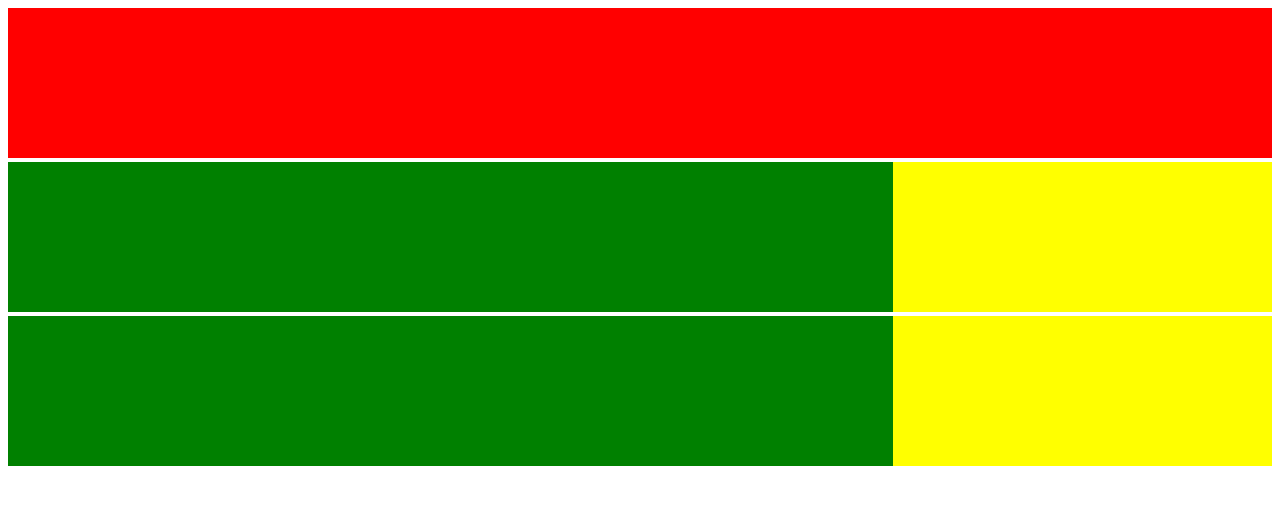
Repository: Tan-Khang21/TH_TKW--Buoi_03
Page: BT_tren_lop/Bai_3/Frame7/frame77.html
The author's editor kept a copy of each file at every save. The page is drawn from the files as they stood at one save, then again after the next save.
The browser window is 1280 px wide. The pictures show the whole page.

Above is the page before, as saved 2024-03-04 19:03:12.

After the next save:
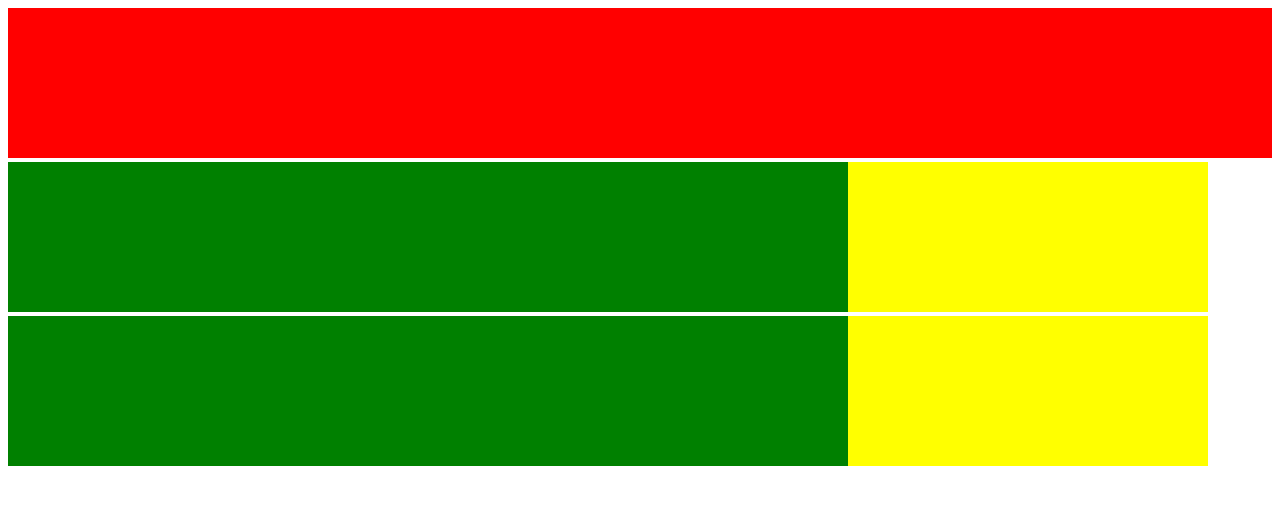
Saved 48 s later.
--- a/BT_tren_lop/Bai_3/Frame7/frame77.html
+++ b/BT_tren_lop/Bai_3/Frame7/frame77.html
@@ -1,19 +1,42 @@
 <!DOCTYPE html>
 <html lang="en">
-<head>
-    <meta charset="UTF-8">
-    <meta name="viewport" content="width=device-width, initial-scale=1.0">
+  <head>
+    <meta charset="UTF-8" />
+    <meta name="viewport" content="width=device-width, initial-scale=1.0" />
     <title>Document</title>
-</head>
-<body>
+  </head>
+  <body>
     <iframe src="Row1.html" frameborder="0" height="20%" width="100%"></iframe>
-    <div style="height: 80%; width: 70%; float: left;">
-        <iframe src="Row2Col1Row1.html" frameborder="0" height="50%" width="100%" style="box-sizing: border-box;"></iframe>
-        <iframe src="Row2Col1Row2.html" frameborder="0" height="50%" width="100%"></iframe>
+    <div style="width: 1200px;">
+      <div style="height: 80%; width: 70%; float: left">
+        <iframe
+          src="Row2Col1Row1.html"
+          frameborder="0"
+          height="50%"
+          width="100%"
+          style="box-sizing: border-box"
+        ></iframe>
+        <iframe
+          src="Row2Col1Row2.html"
+          frameborder="0"
+          height="50%"
+          width="100%"
+        ></iframe>
+      </div>
+      <div style="height: 80%; width: 30%; float: right">
+        <iframe
+          src="Row2Col2Row1.html"
+          frameborder="0"
+          height="30%"
+          width="100%"
+        ></iframe>
+        <iframe
+          src="Row2Col2Row2.html"
+          frameborder="0"
+          height="70%"
+          width="100%"
+        ></iframe>
+      </div>
     </div>
-    <div style="height: 80%; width: 30%; float: right;">
-        <iframe src="Row2Col2Row1.html" frameborder="0" height="30%" width="100%"></iframe>
-        <iframe src="Row2Col2Row2.html" frameborder="0" height="70%" width="100%"></iframe>
-    </div>
-</body>
+  </body>
 </html>
